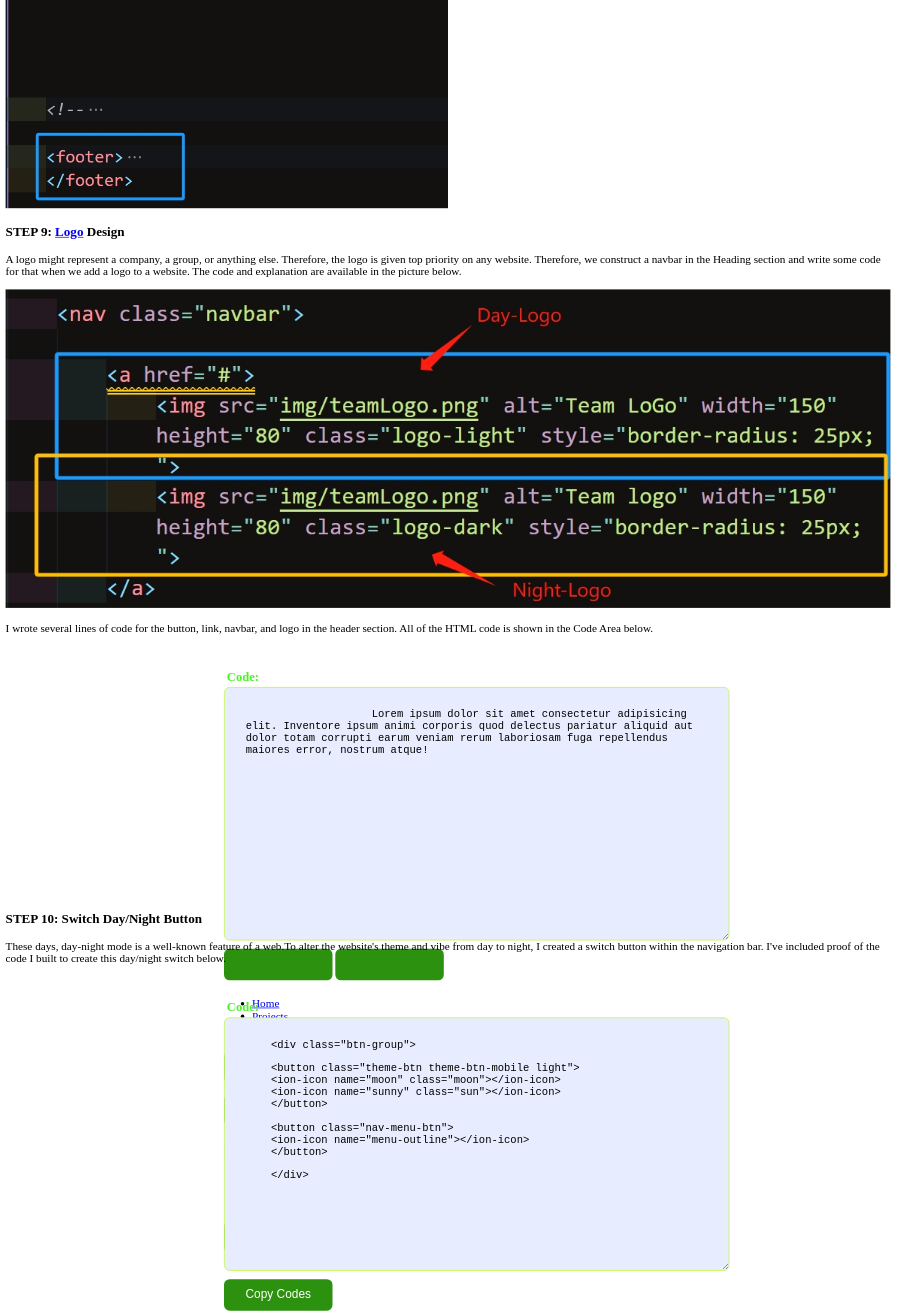
Repository: NexMaker-Fab/2023zjudem-INNOGENIUSES
Page: build web/page.html
An editor plug-in stored every save of this project. The page is shown before and after the next save, followed by the edit.
The browser window is 1280 px wide. The page is 1292 px wide, so the pictures cover 1292 px, including what lies to the right of the window. The pictures show the part of the page from y = 2769 to 4649 px (the page is 4649 px tall), at 70% of full size.

Above is the page before, as saved 2023-11-27 20:04:49.

### build web/page.html
<!DOCTYPE html>
<html lang="en">

<head>
    <meta charset="UTF-8">
    <meta name="viewport" content="width=device-width, initial-scale=1.0">
    <title>How to Build Website</title>
    <link rel="stylesheet" href="page.css">
</head>

<body>
    <h3>STEP 4: Live Server Extension</h3>
    <p>Go to visual studio extention secsion, search live server and click install it. This extesion help to observe new change on your webpage when you change something in your code. You can see the exension installation image below:
    </p>
    <img src="img/Live Server.png" alt="description photo" style="width:100%; height: fit-content;">

    <h2 style="font-weight: bolder;">How to write the website document</h2>

    <h3>STEP 5: Make folder and file for writing code to build a website</h3>
    <p>Open VS Code and open clone repository folder. Create a html file, a css file & a JS file. Create a folder for image resources. After that go to the html file which is named index.html and write some basic html documents. You can see all the step
        in snapshot below:
    </p>
    <img src="img/bw1.png" alt="description photo" style="width:100%; height: fit-content;">
    <p>
        Here, I've included links to my external CSS file, a few fonts link, and bootstrap. That will assist me in designing and improving the appearance of my webpage.
    </p>

    <h3>STEP 6: Store Resources in img folder</h3>
    <p>To build a website we need some basic resources, such as logo, favicon, bg-picture, banner, etc. I have to gather all the resources in that folder as You can see all the step in snapshot below:
    </p>
    <img src="img/bw2.png" alt="description photo" style="width:50%; height: 100%;">

    <h3>STEP 7: Title and Title logo</h3>
    <p>An HTML document consists of two primary sections. Head and Body. The title of my website, some meta data, and the title logo—also referred to as a favicon by programmers—can all be written in the Head section. I demonstrate how to write a title and
        put a title logo underneath this image.
    </p>
    <img src="img/bw3.png" alt="description photo" style="width:100%; height: fit-content;">
    <p>
        favicon is a format that can help us put logo in title bar as you can see in the photo. Below of this page you can get how to make a <a href="#logoCreate">Logo</a> free.
    </p>
    <img src="img/title logo.png" alt="description photo" style="width:100%; height: 100%;">
    <h3>STEP 8: Divided and write document for webpage</h3>
    <p>In a Body of the HTML document consists of three primary sections. Header-Main-Footer. I wrote 3 tag and make workspaces for build my webpage step by step. I demonstrate about this tag underneath this image.
    </p>
    <img src="img/bw4.png" alt="description photo" style="width:50%; height:fit-content;">
    <h3>STEP 9: <a href="#BuildLogo">Logo</a> Design</h3>
    <p>A logo might represent a company, a group, or anything else. Therefore, the logo is given top priority on any website. Therefore, we construct a navbar in the Heading section and write some code for that when we add a logo to a website. The code and
        explanation are available in the picture below.
    </p>
    <img src="img/bw5.png" alt="description photo" style="width:100%; height:fit-content;">
    <p>I wrote several lines of code for the button, link, navbar, and logo in the header section. All of the HTML code is shown in the Code Area below.</p>
    <div class="code-boxes">
        <div class="code-box codeBox">
            <div class="topic">Code:</div>
            <textarea id="codeBox" readonly>
                    Lorem ipsum dolor sit amet consectetur adipisicing elit. Inventore ipsum animi corporis quod delectus pariatur aliquid aut dolor totam corrupti earum veniam rerum laboriosam fuga repellendus maiores error, nostrum atque!
                </textarea>
            <div class="btn-group">

                <button class="theme-btn theme-btn-mobile light">
                    <ion-icon name="moon" class="moon"></ion-icon>
                    <ion-icon name="sunny" class="sun"></ion-icon>
                </button>

                <button class="nav-menu-btn">
                    <ion-icon name="menu-outline"></ion-icon>
                </button>

            </div>

            <div class="flex-wrapper">

                <ul class="desktop-nav">

                    <li>
                        <a href="#home" class="nav-link">Home</a>
                    </li>

                    <li>
                        <a href="#project" class="nav-link">Projects</a>
                    </li>

                    <li>
                        <a href="#contact" class="nav-link">Contact US</a>
                    </li>

                </ul>

                <button class="theme-btn theme-btn-desktop light">
                    <ion-icon name="moon" class="moon"></ion-icon>
                    <ion-icon name="sunny" class="sun"></ion-icon>
                </button>

            </div>

            <div class="mobile-nav">

                <button class="nav-close-btn">
                    <ion-icon name="close-outline"></ion-icon>
                </button>

                <div class="wrapper">

                    <p class="h3 nav-title">Main Menu</p>

                    <ul>
                        <li class="nav-item">
                            <a href="#home" class="nav-link">Home</a>
                        </li>

                        <li class="nav-item">
                            <a href="#project" class="nav-link">Projects</a>
                        </li>

                        <li class="nav-item">
                            <a href="#contact">Contact Us</a>
                        </li>
                    </ul>
                </div>
            </div>

            </nav>
            </textarea>
            <button id="codeButton">Copy Codes</button>
        </div>
    </div>
    <h3>STEP 10: Switch Day/Night Button</h3>
    <p>These days, day-night mode is a well-known feature of a web.To alter the website's theme and vibe from day to night, I created a switch button within the navigation bar. I've included proof of the code I built to create this day/night switch below.
    </p>
    <div class="code-boxes">
        <div class="code-box codeBox">
            <div class="topic">Code:</div>
            <textarea id="codeBox" readonly>
    <div class="btn-group">

    <button class="theme-btn theme-btn-mobile light">
    <ion-icon name="moon" class="moon"></ion-icon>
    <ion-icon name="sunny" class="sun"></ion-icon>
    </button>

    <button class="nav-menu-btn">
    <ion-icon name="menu-outline"></ion-icon>
    </button>

    </div>
            </textarea>
            <button id="codeButton">Copy Codes</button>
        </div>
    </div>
</body>

</html>

### build web/page.css
.code-boxes {
    height: 100%;
    width: 100%;
    display: flex;
    flex-direction: column;
    align-items: center;
    padding: 10px 10px;
}

.code-boxes .code-box {
    height: 300px;
    max-width: 660px;
    width: 100%;
    margin: 20px 20px;
}

.code-boxes .code-box .topic {
    font-size: 18px;
    font-weight: 600;
    color: rgb(72, 242, 38);
    margin: 4px;
}

.code-boxes .code-box textarea {
    height: 100%;
    width: 100%;
    padding: 30px;
    font-size: 15px;
    font-weight: 400;
    outline: none;
    border: 1px solid #bcf732;
    border-radius: 8px;
    background: #e7edfe;
}

.code-box textarea::-webkit-scrollbar {
    display: none;
}

.code-boxes .code-box button {
    height: 45px;
    width: 155px;
    color: #fff;
    background: #2b910f;
    outline: none;
    border: none;
    border-radius: 8px;
    font-size: 17px;
    font-weight: 400;
    margin: 8px 0;
    cursor: pointer;
    transition: all 0.4s ease;
}

.code-boxes .code-box button:hover {
    background: #8a0606;
}

@media (max-width: 400px) {
    .code-boxes .code-box button {
        width: 100%;
    }
}

After the next save:
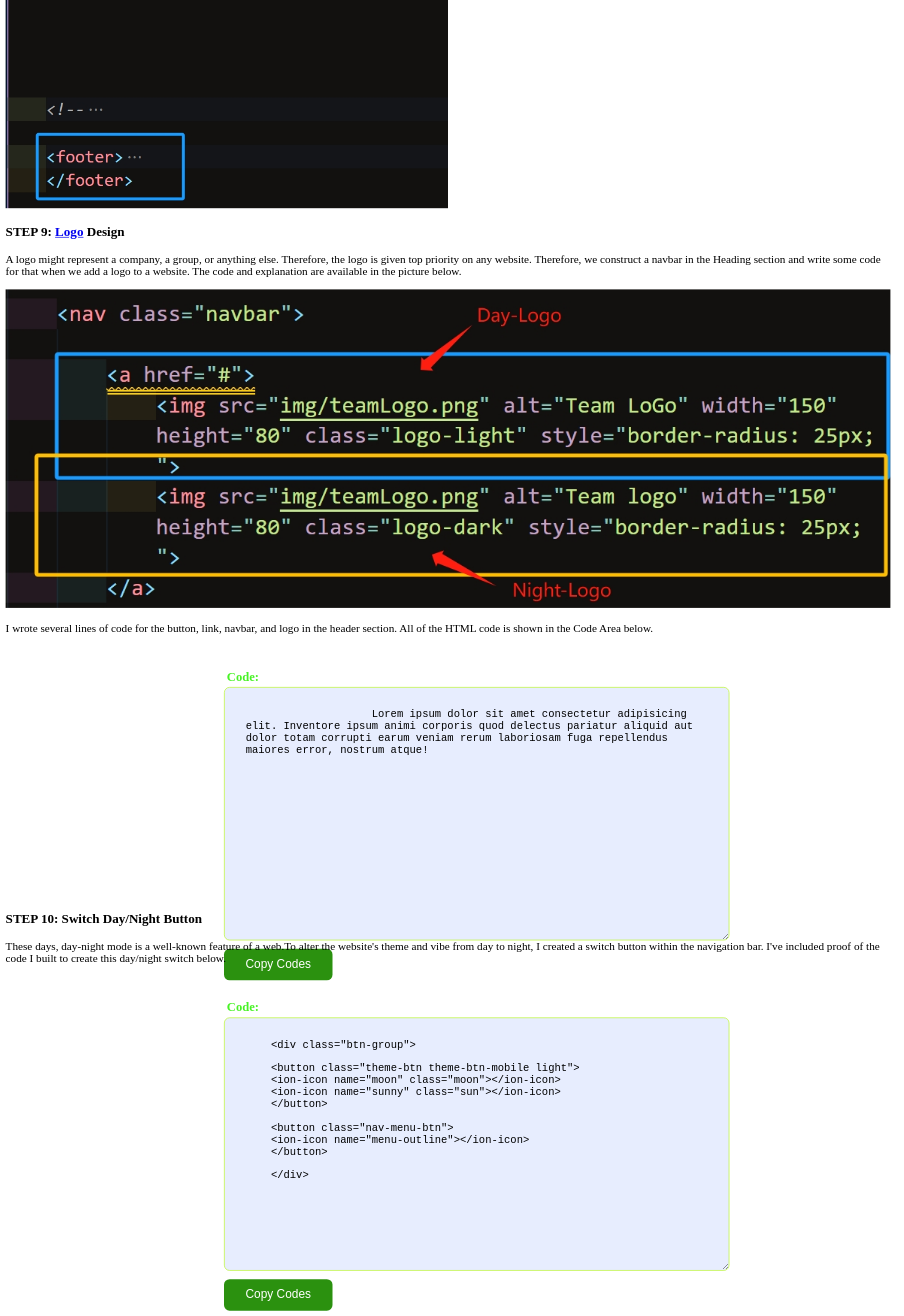
Saved 57 s later.
--- a/build web/page.html
+++ b/build web/page.html
@@ -54,72 +54,6 @@
             <div class="topic">Code:</div>
             <textarea id="codeBox" readonly>
                     Lorem ipsum dolor sit amet consectetur adipisicing elit. Inventore ipsum animi corporis quod delectus pariatur aliquid aut dolor totam corrupti earum veniam rerum laboriosam fuga repellendus maiores error, nostrum atque!
-                </textarea>
-            <div class="btn-group">
-
-                <button class="theme-btn theme-btn-mobile light">
-                    <ion-icon name="moon" class="moon"></ion-icon>
-                    <ion-icon name="sunny" class="sun"></ion-icon>
-                </button>
-
-                <button class="nav-menu-btn">
-                    <ion-icon name="menu-outline"></ion-icon>
-                </button>
-
-            </div>
-
-            <div class="flex-wrapper">
-
-                <ul class="desktop-nav">
-
-                    <li>
-                        <a href="#home" class="nav-link">Home</a>
-                    </li>
-
-                    <li>
-                        <a href="#project" class="nav-link">Projects</a>
-                    </li>
-
-                    <li>
-                        <a href="#contact" class="nav-link">Contact US</a>
-                    </li>
-
-                </ul>
-
-                <button class="theme-btn theme-btn-desktop light">
-                    <ion-icon name="moon" class="moon"></ion-icon>
-                    <ion-icon name="sunny" class="sun"></ion-icon>
-                </button>
-
-            </div>
-
-            <div class="mobile-nav">
-
-                <button class="nav-close-btn">
-                    <ion-icon name="close-outline"></ion-icon>
-                </button>
-
-                <div class="wrapper">
-
-                    <p class="h3 nav-title">Main Menu</p>
-
-                    <ul>
-                        <li class="nav-item">
-                            <a href="#home" class="nav-link">Home</a>
-                        </li>
-
-                        <li class="nav-item">
-                            <a href="#project" class="nav-link">Projects</a>
-                        </li>
-
-                        <li class="nav-item">
-                            <a href="#contact">Contact Us</a>
-                        </li>
-                    </ul>
-                </div>
-            </div>
-
-            </nav>
             </textarea>
             <button id="codeButton">Copy Codes</button>
         </div>
